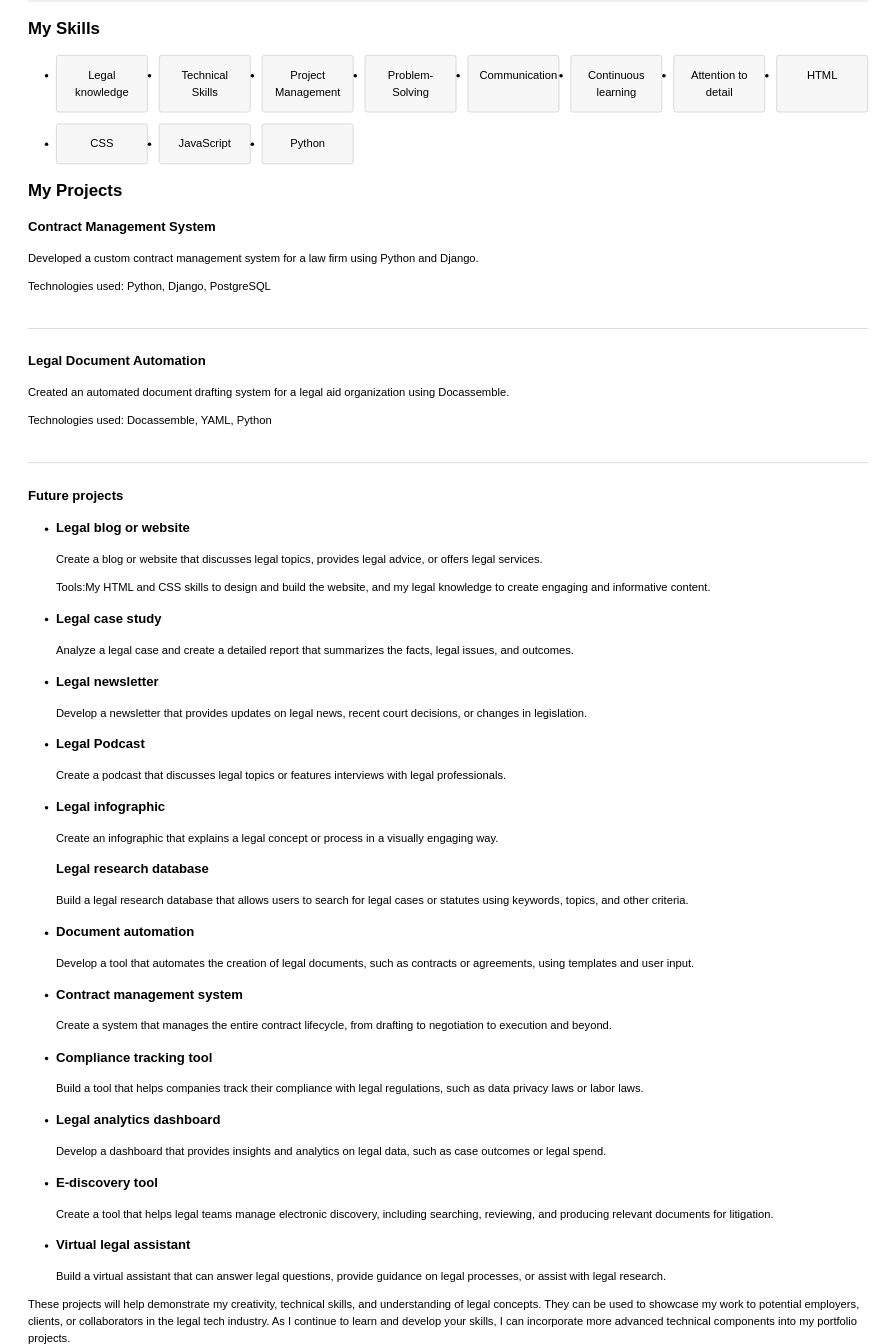
Repository: Iyewande/AishasPortfolio
Page: Index.html
An editor plug-in stored every save of this project. The page is shown before and after the next save, followed by the edit.
The browser window is 1280 px wide. The pictures show the part of the page from y = 1252 to 3172 px (the page is 3515 px tall before and 3614 px after), at 70% of full size.
Some web libraries are served in a nearby version.

Above is the page before, as saved 2023-04-30 23:30:13.

### Index.html
<!DOCTYPE html>
<html lang="en">
    <head>
        <meta charset="UTF-8">
        <meta http-equiv="X-UA-Compatible" content="IE=edge">
        <meta name="viewport" content="width=device-width, initial-scale=1.0">
        <title>My Legal Tech Portfolio</title>
        <link rel="stylesheet" href="Style.css">
        <script src="https://kit.fontawesome.com/dcc74d8766.js" crossorigin="anonymous"></script>
    </head>
    <body>
        <!-- This HTML code creates a simple portfolio website with three main sections: About Me, My Projects, and My Skills.
            The navigation menu allows visitors to easily navigate between the sections of the website. The CSS styling for
            this website is located in a separate style.css file. -->
        <header>
            <h1> Aisha Shomope's Legal Tech Portfolio </h1>
            <nav>
                <ul>
                    <li><a href="#about">About Me</a></li>
                    <li><a href="#skills">My Skills</a></li>
                    <li><a href="#projects">My Projects</a></li>
                    <li><a href="https://www.linkedin.com/in/shomope-aisha-ayobola/"><i class="fa-brands fa-linkedin"></i>LinkedIn</a></li>
                    <li><a href="https://twitter.com/ShomopeAisha"><i class="fa-brands fa-twitter"></i>Twitter</a></li>
                  </ul>
            </nav>
        </header>
        <main>
            <section id="about">
                <div class="main-container"></div>
                <img src="E17CF07F-F5B1-4C94-9C3E-8D25C5FEC29B.jpg" alt="A picture of me" height="500" width="500">
                <h2>About Me</h2>
                <p>Hi there! I'm a legal tech newbie with a passion for using technology to improve legal processes. I'm excited to
                    showcase my work and skills on this portfolio website. But before that, let me give you a little background story about myself.</p>
                <article>
                    As a recent graduate of the University of Ilorin with a bachelor's degree in Common and Islamic law (combined law), I found myself drawn to the world of legal technology. I was fascinated by the potential of technology to solve problems in the legal profession, and I knew that this was where I wanted to focus my career.
                    However, I quickly realized that my knowledge of law alone was not enough to make an impact in legal tech. I needed to learn new skills, particularly in programming languages, in order to truly make a difference. I embarked on a self-study journey to learn programming languages, but I soon found that it was not enough. I needed a structured learning environment, with guidance and mentorship, to truly make progress.
                    That's when I discovered the TIIDELab Prefellowship 3.0 program. The program offered a comprehensive curriculum in tech, with a focus on legal tech, and provided the structure and guidance I needed to succeed. I knew that this was the perfect opportunity for me to transition into tech and achieve my goal of solving problems in the legal profession.
                    I joined the program with a sense of excitement and determination, eager to learn as much as I could. Over the course of the program, I successfully learned HTML and CSS, and I am now looking forward to diving into JavaScript. This milestone is a major achievement for me, and it has given me the confidence to pursue even more ambitious goals in the future.
                    I am thrilled to see what other things I get to accomplish in the future, thanks to the knowledge and skills I have gained through the TIIDELab Prefellowship 3.0 program. With a strong foundation in both law and tech, I am confident that I can make a meaningful impact in the legal tech industry and help drive innovation and progress in the years to come</article>
                <p>When I'm not tinkering with legal tech, I enjoy spending time with loved ones, reading, board games and trying new recipes.</p>
              </section>
              <section id="skills">
                <div class="main-container"></div>
                <h2>My Skills</h2>
                <ul>
                    <li>Legal knowledge</li>
                    <li>Technical Skills</li>
                    <li>Project Management</li>
                    <li>Problem-Solving</li>
                    <li>Communication</li>
                    <li>Continuous learning</li>
                    <li>Attention to detail</li>
                    <li>HTML</li>
                    <li>CSS</li>
                    <li>JavaScript</li>
                    <li>Python</li>
                </ul>
              </section>
              <section id="projects">
                <div class="main-container"></div>
                <h2>My Projects</h2>
                <ul>
                  <li>
                    <h3>Contract Management System</h3>
                    <p>Developed a custom contract management system for a law firm using Python and Django.</p>
                    <p>Technologies used: Python, Django, PostgreSQL</p>
                  </li>
                  <li>
                    <h3>Legal Document Automation</h3>
                    <p>Created an automated document drafting system for a legal aid organization using Docassemble.</p>
                    <p>Technologies used: Docassemble, YAML, Python</p>
                  </li>
                </ul>
              </section>
              <section>
                <h3>Future projects</h3>
                <!-- As a complete legal tech newbie with only legal knowledge, HTML, and CSS skills, you can still build a portfolio
                       that showcases your abilities and potential. Here are some project ideas: -->

                <ul>
                    <li>
                        <h3>Legal blog or website</h3>
                        <p>Create a blog or website that discusses legal topics, provides legal advice, or offers legal services.</p>
                        <p>Tools:My HTML and CSS skills to design and build the website, and my legal knowledge to create
                            engaging and informative content.</p>
                    </li>
                    <li>
                        <h3>Legal case study</h3>
                        <p> Analyze a legal case and create a detailed report that summarizes the facts, legal issues, and outcomes.</p>
                    </li>
                    <li>
                        <h3>Legal newsletter</h3>
                        <p>Develop a newsletter that provides updates on legal news, recent court decisions, or changes in legislation.</p>
                    </li>
                    <li>
                        <h3>Legal Podcast </h3>
                        <p>Create a podcast that discusses legal topics or features interviews with legal professionals.</p>
                    </li>
                    <li>
                        <h3>Legal infographic</h3>
                        <p>Create an infographic that explains a legal concept or process in a visually engaging way.</p>
                    </li>
                    <h3>Legal research database</h3>
                    <p>Build a legal research database that allows users to search for legal cases or statutes using keywords, topics, and other criteria.</p>
                    </li>
                    <li>
                        <h3>Document automation</h3>
                        <p>Develop a tool that automates the creation of legal documents, such as contracts or agreements, using templates and user input.</p>
                    </li>
                    <li>
                        <h3>Contract management system</h3>
                        <p>Create a system that manages the entire contract lifecycle, from drafting to negotiation to execution and beyond.</p>
                    </li>
                    <li>
                        <h3>Compliance tracking tool</h3>
                        <p>Build a tool that helps companies track their compliance with legal regulations, such as data privacy laws or labor laws.</p>
                    </li>
                    <li>
                        <h3>Legal analytics dashboard</h3>
                        <p>Develop a dashboard that provides insights and analytics on legal data, such as case outcomes or legal spend.</p>
                    </li>
                    <li>
                        <h3>E-discovery tool</h3>
                        <p>Create a tool that helps legal teams manage electronic discovery, including searching, reviewing, and producing relevant documents for litigation.</p>
                    </li>
                    <li>
                        <h3>Virtual legal assistant</h3>
                        <p>Build a virtual assistant that can answer legal questions, provide guidance on legal processes, or assist with legal research.</p>
                    </li>
                </ul>
              </section>
              <p>These projects will help demonstrate my creativity, technical skills, and understanding of legal concepts.
                They can be used to showcase my work to potential employers, clients, or collaborators in the legal tech industry.
                As I continue to learn and develop your skills, I can incorporate more advanced technical components into my
                portfolio projects.</p>

        </main>
        <!-- footer: contains content that appears at the bottom of the page, such as copyright information. -->
        <footer>
            <div class="footer-container">
                <p>&copy; Copyright © 2023 Shomope Aisha. All rights reserved.</p>
                <div class="contact">
                    <p><i class="fa-sharp fa-solid fa-phone"></i>: +2347063134570</p>
                    <p><i class="fa-solid fa-envelope"></i>: aishashomope@gmail.com</p>
                </div>
                <form action="#" method="post">
                    <label for="subscribe">Subscribe to my newsletter:</label>
                    <br><br>
                    <input type="email" id="subscribe" name="subscribe" placeholder="Enter your email address">
                    <br><br>
                    <button class=btn type="submit">Subscribe</button>
                </form>
            </div>
        </footer>
    </body>
</html>

### Style.css
  /* Specific styles */

  #about {
    background-color: rgb(243, 235, 243);
    padding: 2em;
  }

  #about p {
    margin-bottom: 1em;
  }

  #projects ul {
    list-style: none;
    margin: 0;
    padding: 0;
  }

  #projects li {
    border-bottom: 1px solid #ccc;
    margin-bottom: 2em;
    padding-bottom: 2em;
  }

  #projects h3 {
    margin-top: 0;
  }

  #projects p {
    margin-bottom: 1em;
  }

  #skills ul {
    display: grid;
    grid-template-columns: repeat(auto-fit, minmax(120px, 1fr));
    grid-gap: 1em;
  }

  #skills li {
    background-color: #f7f7f7;
    border: 1px solid #ccc;
    border-radius: 4px;
    padding: 1em;
    text-align: center;
  }
   */
  /* Global Styles */
* {
    box-sizing: border-box;
    margin: 0;
    padding: 0;
}

body {
    font-family: Arial, sans-serif;
    font-size: 16px;
    line-height: 1.5;
}

header, main, footer {
    max-width: 1200px;
    margin: 0 auto;
    padding: 20px;
}

/* Header Styles */
header {
    background-color: rgb(34, 4, 63);
    color: #fff;
}

.header-container {
    display: flex;
    justify-content: space-between;
    align-items: center;
}

nav ul {
    display: flex;
    list-style: none;
}

nav ul li {
    margin: 0 10px;
}

nav ul li a {
    color: #fff;
    text-decoration: none;
}

/* Footer styles */
footer{
    background-color: rgb(34, 4, 63);
    color: #fff;
}
/* Hover Style */
nav ul li a:hover {
    text-decoration: underline;
}

.btn {
    background-color:plum;
}
.btn:hover {
    background-color:purple;
    color: white;
}


/* Focus Style */
input:focus {
    background-color: plum;
  }

/* Pseudo style */
h3{
    font-weight: bold;
}

After the next save:
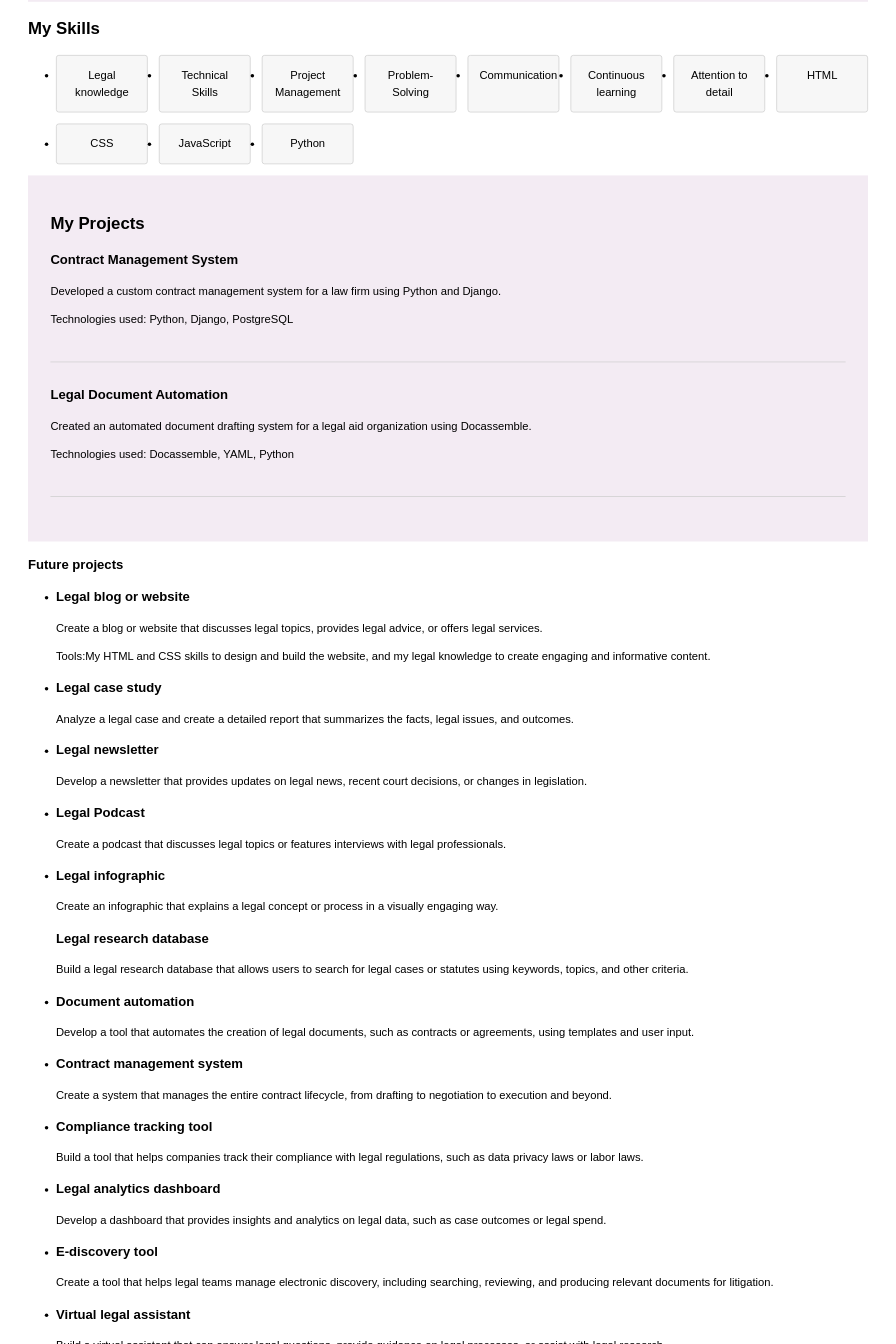
Saved 3 min 7 s later.
--- a/Style.css
+++ b/Style.css
@@ -29,6 +29,10 @@
     margin-bottom: 1em;
   }
 
+  #projects {
+    background-color: rgb(243, 235, 243);
+    padding: 2em;
+  }
   #skills ul {
     display: grid;
     grid-template-columns: repeat(auto-fit, minmax(120px, 1fr));
